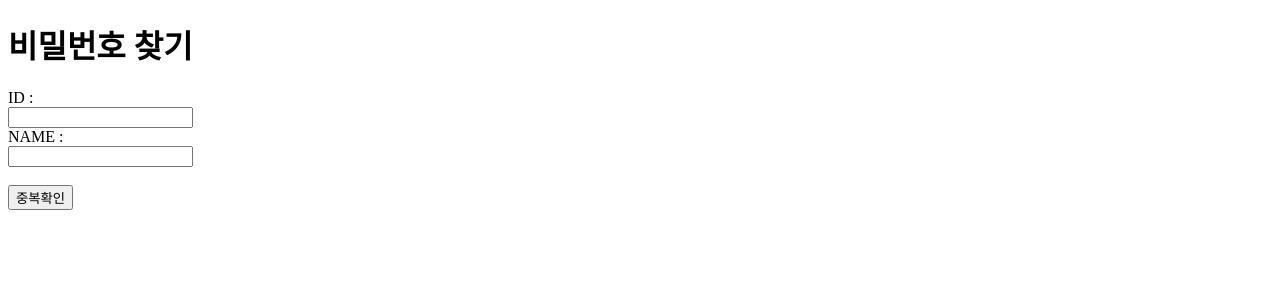
Repository: MeGuuuun/-_TableJava
Page: http://localhost/kimbanbagi/findPW.jsp
These files come from the project's save history. The page is drawn as it stood at one moment and after the next save; the edit follows.
The browser window is 1280 px wide. The pictures show the whole page.
The page is served by Tomcat 10. Other server files are loaded and not shown.

Above is the page before, as saved 2024-06-05 09:52:08.

### tableJava/kimbanbagi/WebContent/findPW.jsp
<%@ page language="java" contentType="text/html; charset=UTF-8"
    pageEncoding="UTF-8"%>
<!DOCTYPE html>
<html>
<head>
<meta charset="UTF-8">
<title>비밀번호 찾기 페이지</title>
<script src="https://code.jquery.com/jquery-3.6.0.min.js"></script>
</head>
<body>
<h1>비밀번호 찾기</h1>
<form action="findPW" method="post">
	ID : <br>
	<input type="text" name="userID" >
	<br> NAME : <br>
	<input type="text" name="userName">
	<br><br>
	<button type="button" onclick="checkId()">중복확인</button>
</form>
</body>
</html>

After the next save:
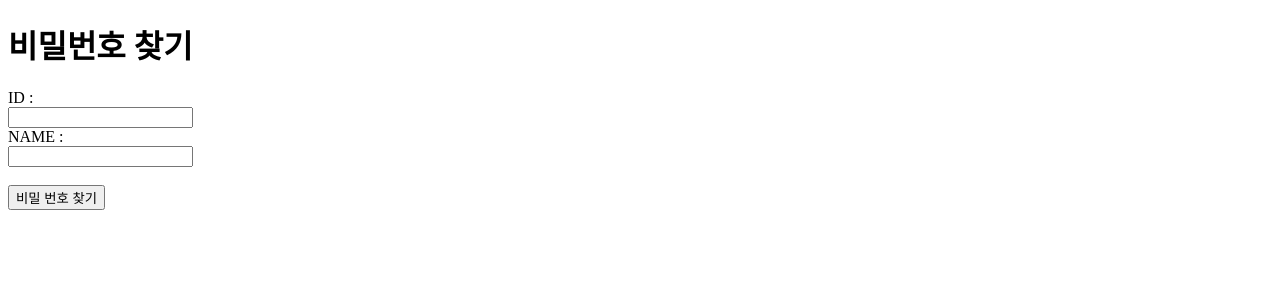
Saved 16 s later.
--- a/tableJava/kimbanbagi/WebContent/findPW.jsp
+++ b/tableJava/kimbanbagi/WebContent/findPW.jsp
@@ -15,7 +15,7 @@
 	<br> NAME : <br>
 	<input type="text" name="userName">
 	<br><br>
-	<button type="button" onclick="checkId()">중복확인</button>
+	<button type="button" onclick="findPW()">비밀 번호 찾기</button>
 </form>
 </body>
 </html>
